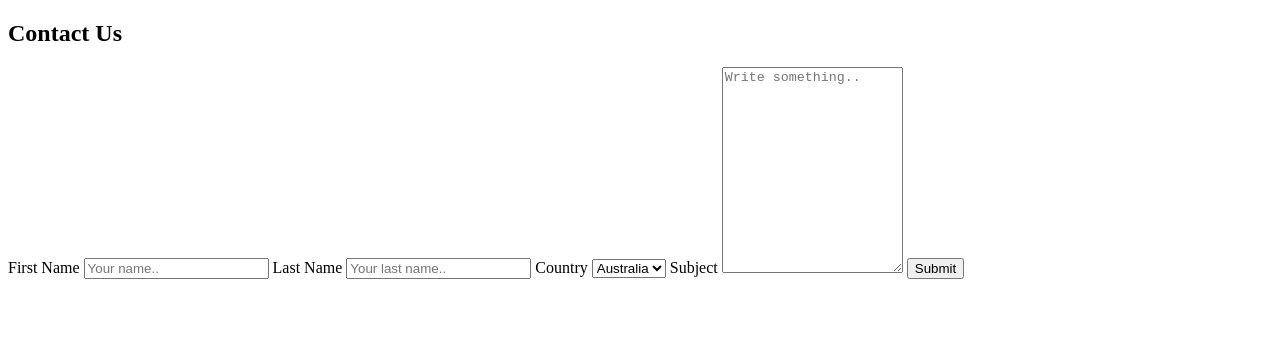
Repository: PrinceKumawat1109/JFSD
Page: http://localhost/Job-management/contact.jsp
The author's editor kept a copy of each file at every save. The page is drawn from the files as they stood at one save, then again after the next save.
The browser window is 1280 px wide. The pictures show the whole page.
The page is served by Tomcat 9. Other server files are loaded and not shown.

Above is the page before, as saved 2022-10-29 13:53:05.

### Job-management/src/main/webapp/contact.jsp
<%@ page language="java" contentType="text/html; charset=UTF-8"
    pageEncoding="UTF-8"%>
<!DOCTYPE html>
<html>
<head>
<meta charset="UTF-8">
<title>Contact Us</title>
</head>
<body>
<h2>Contact Us</h2>
<div class="container">

    <label for="fname">First Name</label>
    <input type="text" id="fname" name="firstname" placeholder="Your name..">

    <label for="lname">Last Name</label>
    <input type="text" id="lname" name="lastname" placeholder="Your last name..">

    <label for="country">Country</label>
    <select id="country" name="country">
      <option value="australia">Australia</option>
      <option value="canada">Canada</option>
      <option value="usa">USA</option>
    </select>

    <label for="subject">Subject</label>
    <textarea id="subject" name="subject" placeholder="Write something.." style="height:200px"></textarea>

    <input type="submit" value="Submit">
</div>
</body>
</html>

### Job-management/src/main/webapp/navbar.jsp
<!DOCTYPE html>
<html lang="en">
 <head>
   <meta charset="UTF-8" />
   <meta http-equiv="X-UA-Compatible" content="IE=edge" />
   <meta name="viewport" content="width=device-width, initial-scale=1.0" />
   <style>

    /* UTILITIES */
* {
 margin: 0;
 padding: 0;
 box-sizing: border-box;
}
body {
 font-family: cursive;
}
a {
 text-decoration: none;
}
li {
 list-style: none;
}

/* NAVBAR STYLING STARTS */
.navbar {
 display: flex;
 align-items: center;
 justify-content: space-between;
 padding: 20px;
 background-color: teal;
 color: #fff;
}
.nav-links a {
 color: #fff;
}
/* LOGO */
.logo {
 font-size: 32px;
}
/* NAVBAR MENU */
.menu {
 display: flex;
 gap: 1em;
 font-size: 18px;
}
.menu li:hover {
 background-color: #4c9e9e;
 border-radius: 5px;
 transition: 0.3s ease;
}
.menu li {
 padding: 5px 14px;
}
/* DROPDOWN MENU */
.services {
 position: relative;
}
.dropdown {
 background-color: rgb(1, 139, 139);
 padding: 1em 0;
 position: absolute; /*WITH RESPECT TO PARENT*/
 display: none;
 border-radius: 8px;
 top: 35px;
}
.dropdown li + li {
 margin-top: 10px;
}
.dropdown li {
 padding: 0.5em 1em;
 width: 8em;
 text-align: center;
}
.dropdown li:hover {
 background-color: #4c9e9e;
}
.services:hover .dropdown {
 display: block;
}
   </style>
   <title>Document</title>
 </head>
 <body>
   <nav class="navbar">
     <!-- LOGO -->
     <div class="logo">Job Management System</div>
     <!-- NAVIGATION MENU -->
     <ul class="nav-links">
       <!-- USING CHECKBOX HACK -->
       <input type="checkbox" id="checkbox_toggle" />
       <label for="checkbox_toggle" class="hamburger">&#9776;</label>
       <!-- NAVIGATION MENUS -->
       <div class="menu">
         <li><a href="home.jsp">Home</a></li>
         <li><a href="/">About</a></li>
         <li class="services">
           <a href="/">register</a>
           <!-- DROPDOWN MENU -->
           <ul class="dropdown">
             <li><a href="employeeregister.jsp">Employee </a></li>
             <li><a href="employerregister.jsp">Employers</a></li>
           </ul>
         </li>
         <li class="services">
           <a href="/">Login</a>
           <!-- DROPDOWN MENU -->
           <ul class="dropdown">
             <li><a href="employeelogin.jsp">Employee login </a></li>
             <li><a href="employerlogin.jsp">Employers login</a></li>
           </ul>
         </li>
         <li><a href="/">Contact Us</a></li>
       </div>
     </ul>
   </nav>
 </body>
</html>

After the next save:
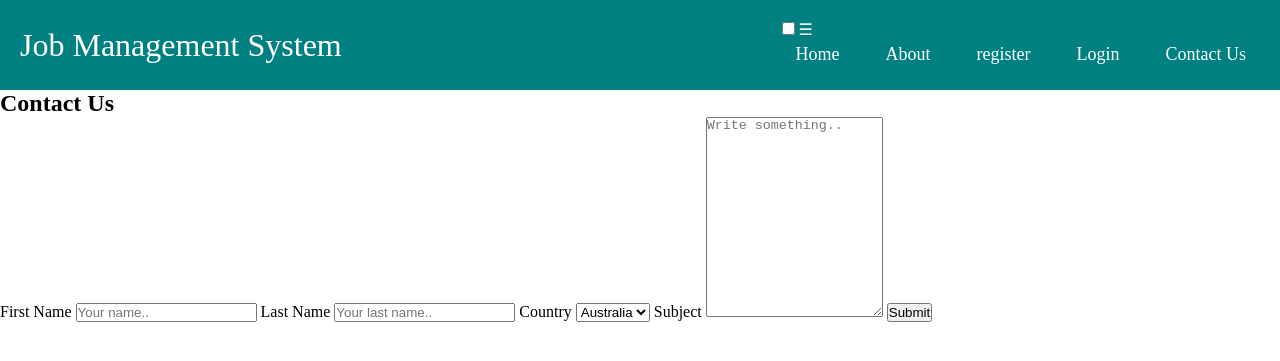
Saved 52 s later.
--- a/Job-management/src/main/webapp/contact.jsp
+++ b/Job-management/src/main/webapp/contact.jsp
@@ -5,6 +5,7 @@
 <head>
 <meta charset="UTF-8">
 <title>Contact Us</title>
+	<jsp:include page="navbar.jsp" />
 </head>
 <body>
 <h2>Contact Us</h2>
